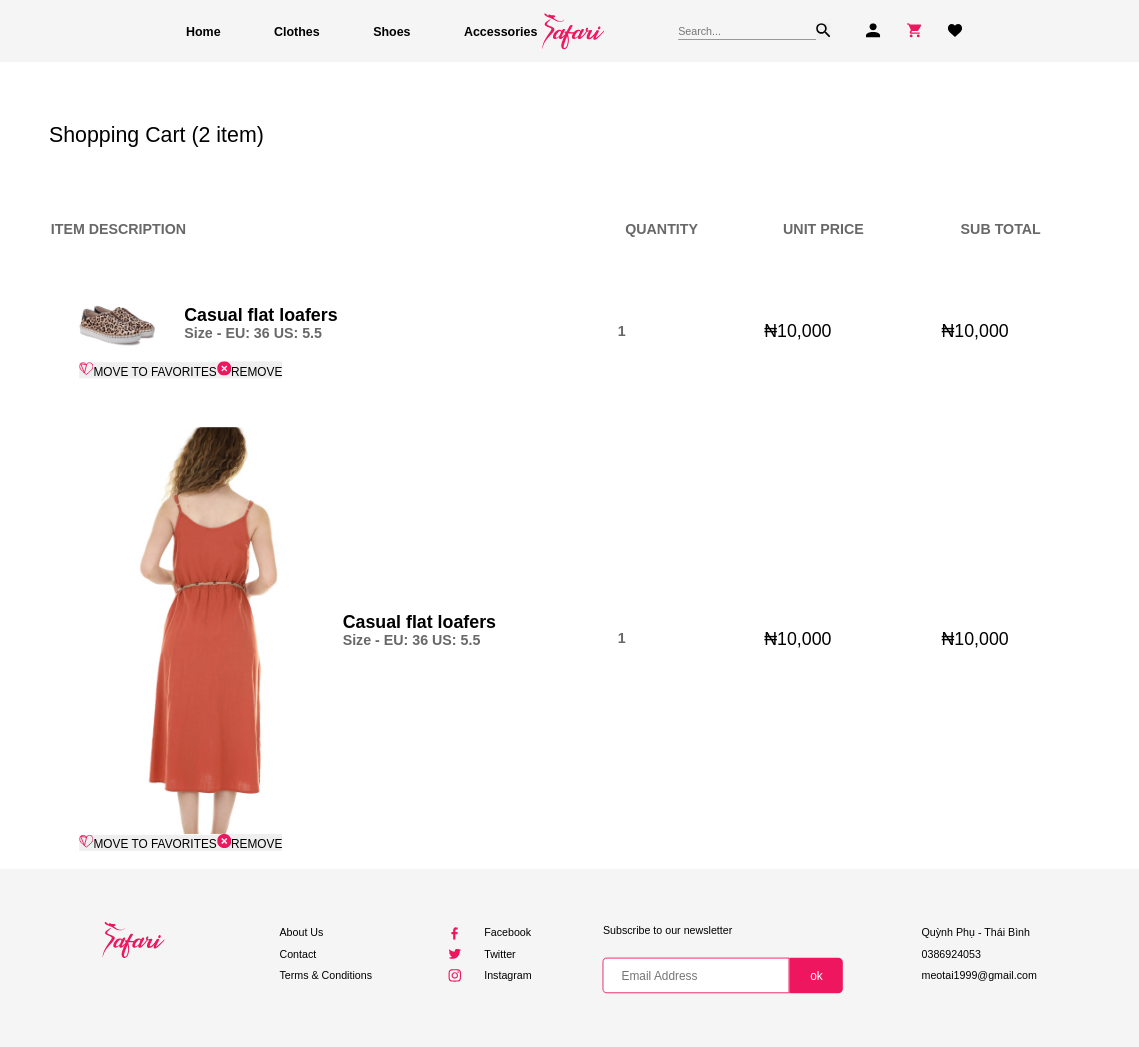
Repository: tboy1999/safari
Page: views/cart.html
The author's editor kept a copy of each file at every save. The page is drawn from the files as they stood at one save, then again after the next save.
The browser window is 1280 px wide. The pictures show the whole page, at 89% of full size.
Some web libraries are served in a nearby version. The style sheet was rebuilt from its Sass, Less or Tailwind sources for each picture, by a compiler version that may differ from the author's.

Above is the page before, as saved 2022-04-28 13:41:39.

After the next save:
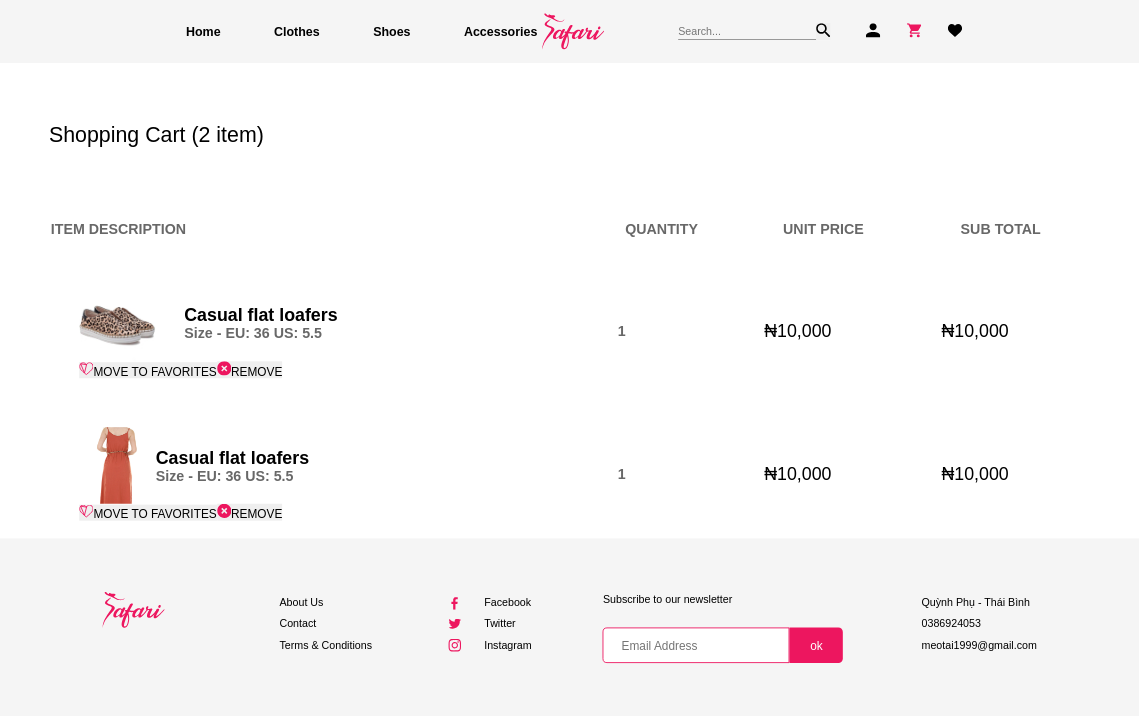
Saved 65 s later.
--- a/scss/cart.scss
+++ b/scss/cart.scss
@@ -33,10 +33,10 @@
         padding: 35px 0 18px 32px
       }
     }
-    &__img {
-      width: 86px;
-      height: 86px;
-      object-fit: cover;
-    }
+  }
+  &__img {
+    width: 86px;
+    height: 86px;
+    object-fit: cover;
   }
 }
